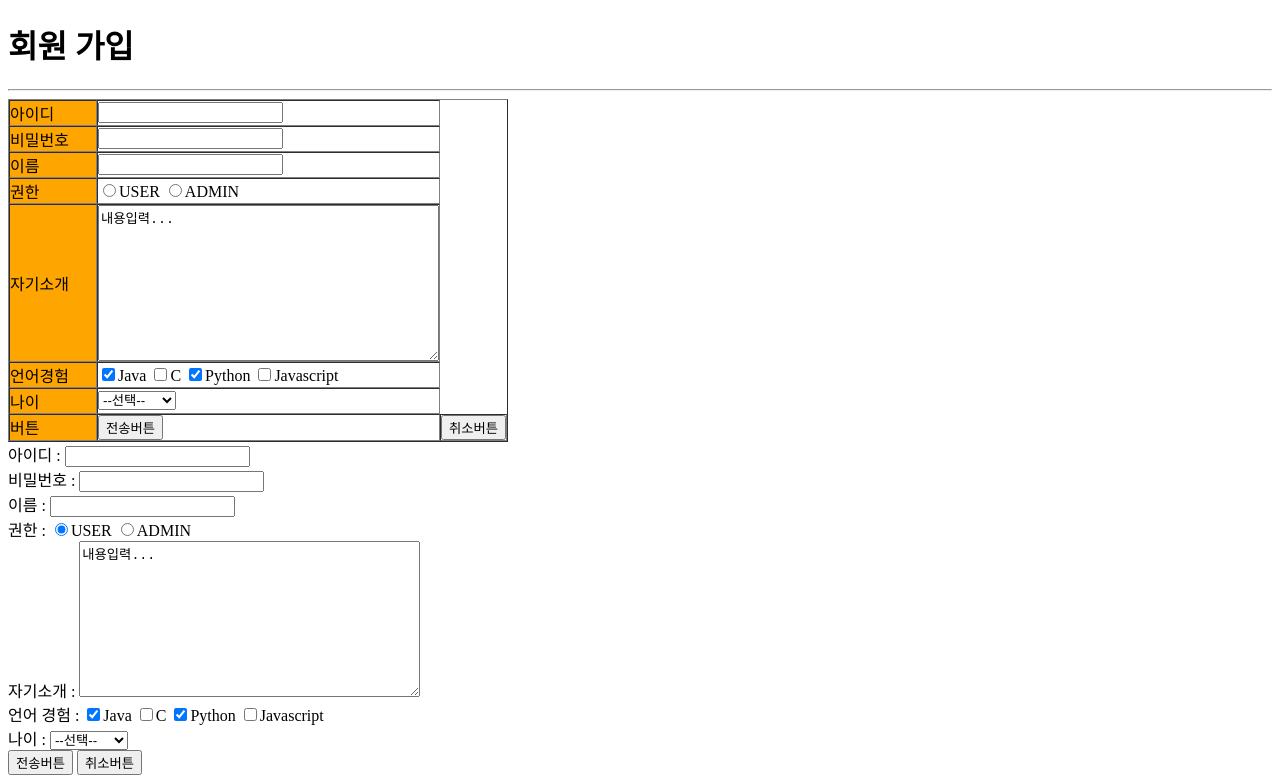
Repository: serim53/JSPStudy
Page: BoardWeb(Servlet)/src/main/webapp/insertBoard.html
An editor plug-in stored every save of this project. The page is shown before and after the next save, followed by the edit.
The browser window is 1280 px wide. The pictures show the whole page.

Above is the page before, as saved 2025-07-08 05:07:18.

### BoardWeb(Servlet)/src/main/webapp/insertBoard.html
<!DOCTYPE html PUBLIC "-//W3C//DTD HTML 4.01 Transitional//EN" "http://www.w3.org/TR/html4/loose.dtd">
<html>
<head>
<meta http-equiv="Content-Type" content="text/html; charset=UTF-8">
<title>회원가입</title>
</head>
<body>
<h1>회원 가입</h1>
<hr>
<form action="insertUser.do" method="get">

<table border="1" cellpadding="0" cellspacing="0" width="500">
	<tr>
		<td bgcolor="orange" width="100">아이디</td>
		<td><input type="text"/></td>
	</tr>
	<tr>
		<td bgcolor="orange">비밀번호</td>
		<td><input type="text"/></td>
	</tr>
	<tr>
		<td bgcolor="orange">이름</td>
		<td><input type="text"/></td>
	</tr>
	<tr>
		<td bgcolor="orange">권한</td>
		<td>
			<input name="role" type="radio" checked/>USER
      		<input name="role" type="radio"/>ADMIN<br>
    	</td>
	</tr>
	<tr>
		<td bgcolor="orange">자기소개</td>
		<td><textarea rows="10" cols="40">내용입력...</textarea></td>
	</tr>
	<tr>
		<td bgcolor="orange">언어경험</td>
		<td>
			<input type="checkbox" checked/>Java
		    <input type="checkbox"/>C
		    <input type="checkbox" checked/>Python
		    <input type="checkbox"/>Javascript
		</td>
	</tr>
	<tr>
		<td bgcolor="orange">나이</td>
		<td>
			<select>
			<option>--선택--
			<option>10대
			<option>20대
			<option>30대
			<option>40대
			<option>50대
			<option>60대 이상
	  </select>
		</td>
	</tr>
	<tr>
		<td bgcolor="orange">버튼</td>
		<td><input type="submit" value="전송버튼"/></td>
		<td><input type="reset" value="취소버튼"/></td>
	</tr>
</table>
아이디 : <input type="text" size="20"/><br>
비밀번호 : <input type="password" size="20"/><br>
이름 : <input type="text"/><br>
권한 : <input name="role" type="radio" checked/>USER
      <input name="role" type="radio"/>ADMIN<br>
자기소개 : <textarea rows="10" cols="40">내용입력...</textarea><br>
언어 경험 : <input type="checkbox" checked/>Java
		  <input type="checkbox"/>C
		  <input type="checkbox" checked/>Python
		  <input type="checkbox"/>Javascript<br>
나이 : <select>
		<option>--선택--
		<option>10대
		<option>20대
		<option>30대
		<option>40대
		<option>50대
		<option>60대 이상
	  </select><br>
<input type="submit" value="전송버튼"/>
<input type="reset" value="취소버튼"/>
</form>
</body>
</html>

After the next save:
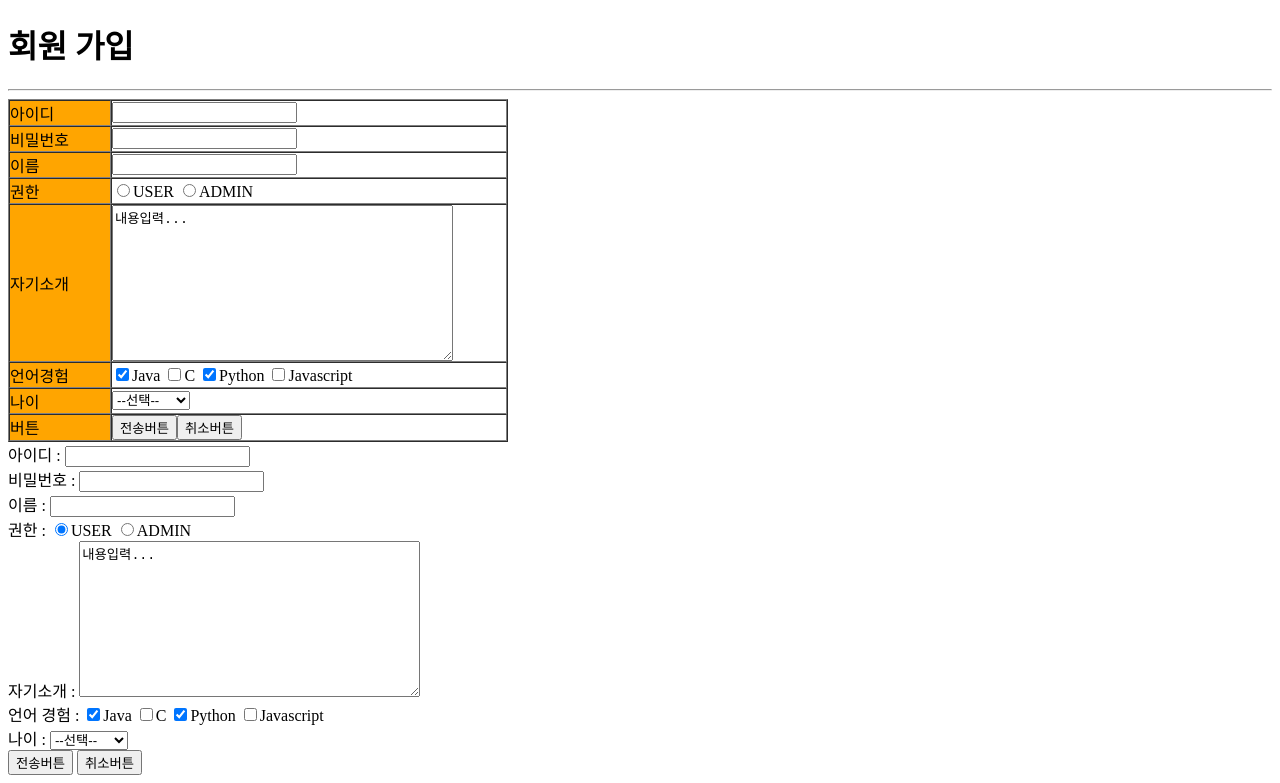
Saved 15 s later.
--- a/BoardWeb(Servlet)/src/main/webapp/insertBoard.html
+++ b/BoardWeb(Servlet)/src/main/webapp/insertBoard.html
@@ -58,8 +58,7 @@
 	</tr>
 	<tr>
 		<td bgcolor="orange">버튼</td>
-		<td><input type="submit" value="전송버튼"/></td>
-		<td><input type="reset" value="취소버튼"/></td>
+		<td><input type="submit" value="전송버튼"/><input type="reset" value="취소버튼"/></td>
 	</tr>
 </table>
 아이디 : <input type="text" size="20"/><br>
